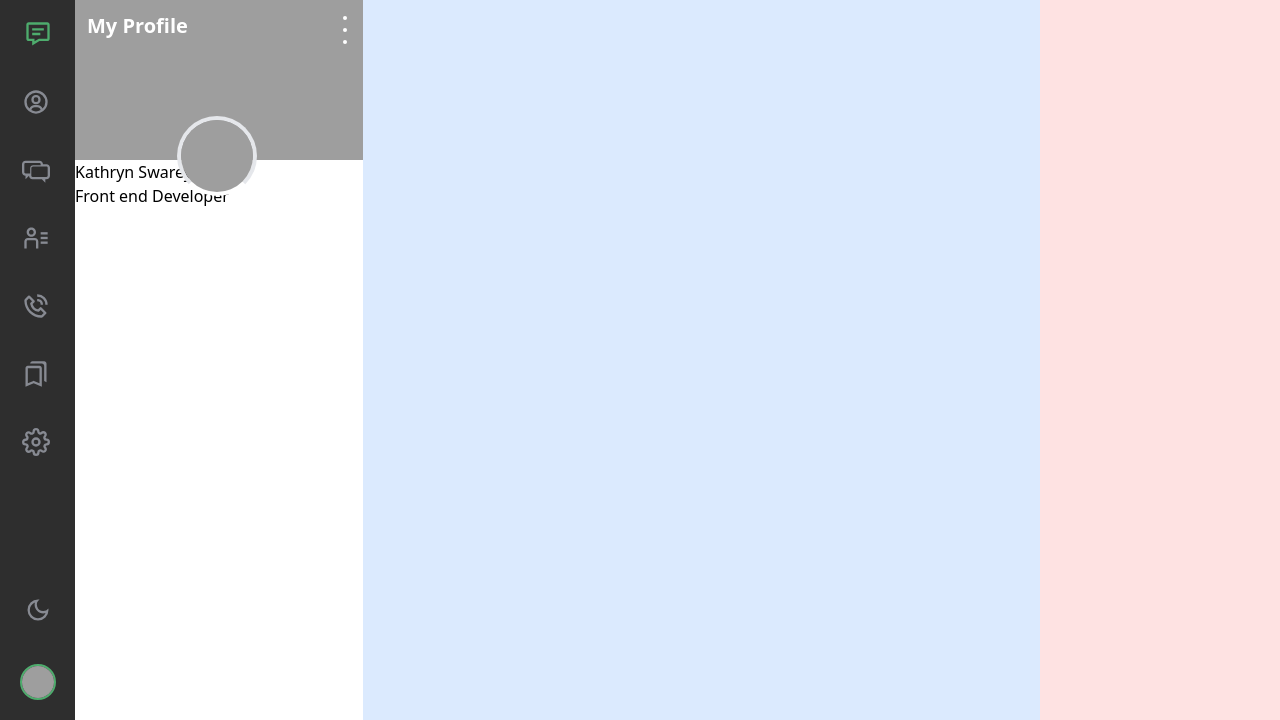
Repository: satya-ranjon/Chat-app
Page: /
These files come from the project's save history. The page is drawn as it stood at one moment and after the next save; the edit follows.
The browser window is 1280 px wide. The pictures show the whole page.
Pictures or frames that could not be fetched are drawn as grey boxes. The project was rebuilt for these pictures with package versions that can differ from the ones it lists, and the page was loaded fresh each time.

Above is the page before, as saved 2022-03-31 03:47:58.

### src/index.js
import * as ReactDOMClient from "react-dom/client";
import "./index.css";
import App from "./App";

const root = ReactDOMClient.createRoot(document.getElementById("root"));
root.render(<App />);

### src/App.jsx
import React from "react";
// import Chats from "./components/Chats/Chats";
import MyProfile from "./components/MyProfile/MyProfile";
import SideBarManu from "./components/SideBarManu";
import UserChat from "./components/UserChat";
import UserProfileSidebar from "./components/UserProfileSidebar";

export default function App() {
  return (
    <div className="flex">
      <SideBarManu />
      {/* <Chats /> */}
      <MyProfile />
      <UserChat />
      <UserProfileSidebar />
    </div>
  );
}

### src/components/MyProfile/MyProfile.jsx
import React from "react";
import UserImage from "../UserImage";
const Image =
  "https://img.freepik.com/free-photo/modern-living-room-interior-with-sofa-green-plants-lamp-table-dark-wall-background_41470-1528.jpg?w=996&t=st=1648676636~exp=1648677236~hmac=3f890077ce9371578c992216baf3e8f401b234873628a920daaf2d4174ff41ce";

export default function MyProfile() {
  return (
    <div className="sm:w-72 h-screen w-40 ">
      <div className="">
        <div className="relative">
          <img src={Image} alt={Image} className="w-full h-40" />
          <UserImage className="w-16 h-16 sm:w-20 sm:h-20 rounded-full absolute sm:-bottom-9  -bottom-7 sm:right-[6.6rem]  right-12  border-4 border-b-white" />
          <p className=" absolute top-0 left-0 p-3 text-white font-semibold text-xl">
            My Profile
          </p>
          <div className="flex flex-col top-0 right-0 absolute p-3 cursor-pointer">
            <p className="bg-white w-1 h-1 rounded-full m-1"></p>
            <p className="bg-white w-1 h-1 rounded-full m-1"></p>
            <p className="bg-white w-1 h-1 rounded-full m-1"></p>
          </div>
        </div>
        <p>Kathryn Swarey</p>
        <span>Front end Developer</span>
      </div>
    </div>
  );
}

### src/components/SideBarManu.jsx
import React, { useState } from "react";
import { BiMessageDetail, BiUserCircle, BiPhoneCall } from "react-icons/bi";
import { TiMessages } from "react-icons/ti";
import { CgUserList } from "react-icons/cg";

import {
  MdOutlineBookmarks,
  MdOutlineDarkMode,
  MdOutlineLightMode,
} from "react-icons/md";
import { FiSettings } from "react-icons/fi";
import UserImage from "./UserImage";

export default function SideBarManu() {
  const [toggle, setToggle] = useState(true);
  return (
    <div className="w-[75px] h-screen bg-[#2e2e2e] flex flex-col justify-between">
      <div className="flex flex-col">
        <BiMessageDetail
          color="#4eac6d"
          className="text-center  m-5 cursor-pointer mx-auto "
          size={28}
        />
        <div
          className={` ${
            toggle ? `border-[#2e2e2e]` : `border-[#4eac6d]`
          } border-r-4 transition-all duration-200  `}
          onClick={() => setToggle((prev) => !prev)}
        >
          <BiUserCircle
            color={toggle ? `#878a92` : `#4eac6d`}
            className="text-center  m-5 cursor-pointer mx-auto   "
            size={28}
          />
        </div>
        <div className="border-r-4 border-[#2e2e2e] transition-all duration-200 ">
          <TiMessages
            color="#878a92"
            className="text-center  m-5 cursor-pointer mx-auto"
            size={28}
          />
        </div>
        <div className="border-r-4 border-[#2e2e2e] transition-all duration-200 ">
          <CgUserList
            color="#878a92"
            className="text-center  m-5 cursor-pointer mx-auto"
            size={28}
          />
        </div>
        <div className="border-r-4 border-[#2e2e2e] transition-all duration-200 ">
          <BiPhoneCall
            color="#878a92"
            className="text-center  m-5 cursor-pointer mx-auto"
            size={28}
          />
        </div>
        <div className="border-r-4 border-[#2e2e2e] transition-all duration-200 ">
          <MdOutlineBookmarks
            color="#878a92"
            className="text-center  m-5 cursor-pointer mx-auto"
            size={28}
          />
        </div>
        <div className="border-r-4 border-[#2e2e2e] transition-all duration-200 ">
          <FiSettings
            color="#878a92"
            className="text-center  m-5 cursor-pointer mx-auto"
            size={28}
          />
        </div>
      </div>
      <div className="flex flex-col">
        <MdOutlineDarkMode
          color="#878a92"
          className="text-center  m-5 cursor-pointer mx-auto"
          size={28}
        />
        {/* <MdOutlineLightMode
          color="#878a92"
          className="text-center  m-5 cursor-pointer mx-auto"
          size={28}
        /> */}
        <UserImage className="w-9 h-9 rounded-full mx-auto  m-5 border-2 border-[#4eac6d]" />
      </div>
    </div>
  );
}

### src/components/UserChat.jsx
import React from "react";

export default function UserChat() {
  return <div className="flex-grow h-screen bg-blue-100"></div>;
}

### src/components/UserProfileSidebar.jsx
import React from "react";

export default function UserProfileSidebar() {
  return <div className="w-60 h-screen bg-red-100"></div>;
}

### src/components/UserImage.jsx
import React from "react";

export default function UserImage({ className }) {
  return (
    <img
      className={className}
      src="https://media.istockphoto.com/photos/smiling-man-outdoors-in-the-city-picture-id1179420343"
      alt="profile pic"
    />
  );
}

Loaded but not shown: public/index.html (common file); src/index.css (common file); tailwind.config.js (common file)

After the next save:
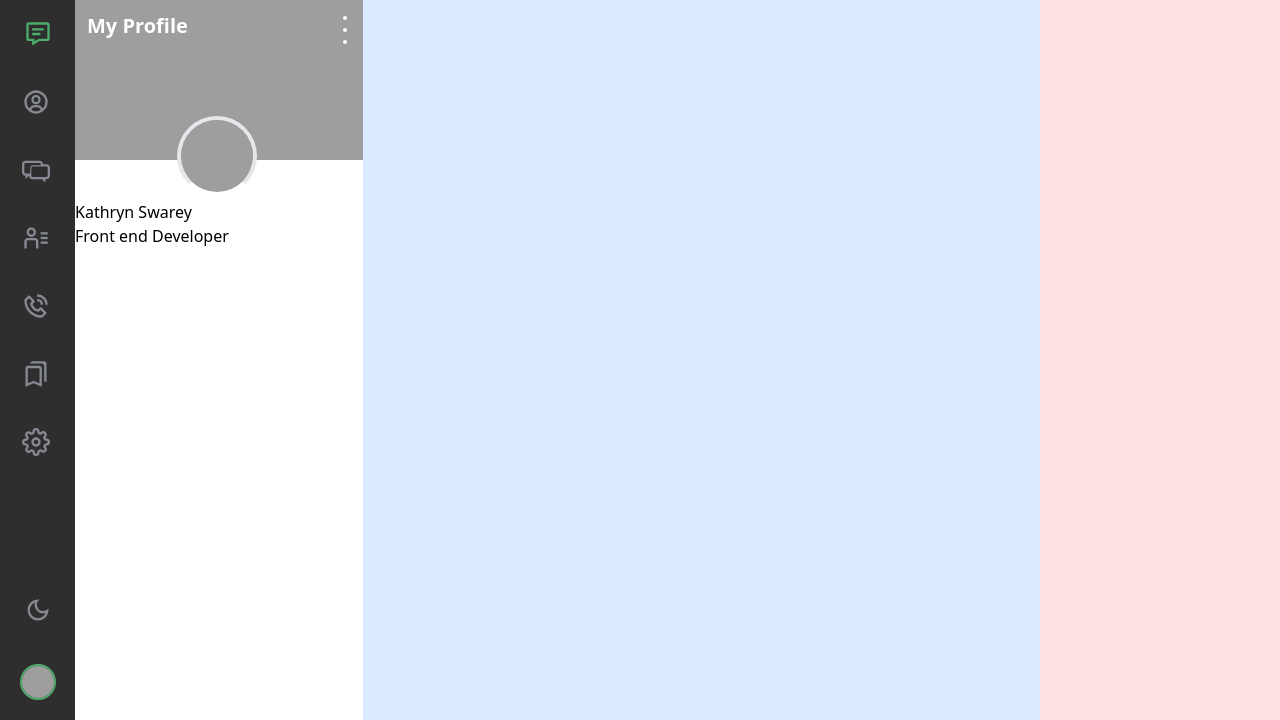
Saved 18 s later.
--- a/src/components/MyProfile/MyProfile.jsx
+++ b/src/components/MyProfile/MyProfile.jsx
@@ -7,7 +7,7 @@ export default function MyProfile() {
   return (
     <div className="sm:w-72 h-screen w-40 ">
       <div className="">
-        <div className="relative">
+        <div className="relative mb-10">
           <img src={Image} alt={Image} className="w-full h-40" />
           <UserImage className="w-16 h-16 sm:w-20 sm:h-20 rounded-full absolute sm:-bottom-9  -bottom-7 sm:right-[6.6rem]  right-12  border-4 border-b-white" />
           <p className=" absolute top-0 left-0 p-3 text-white font-semibold text-xl">
